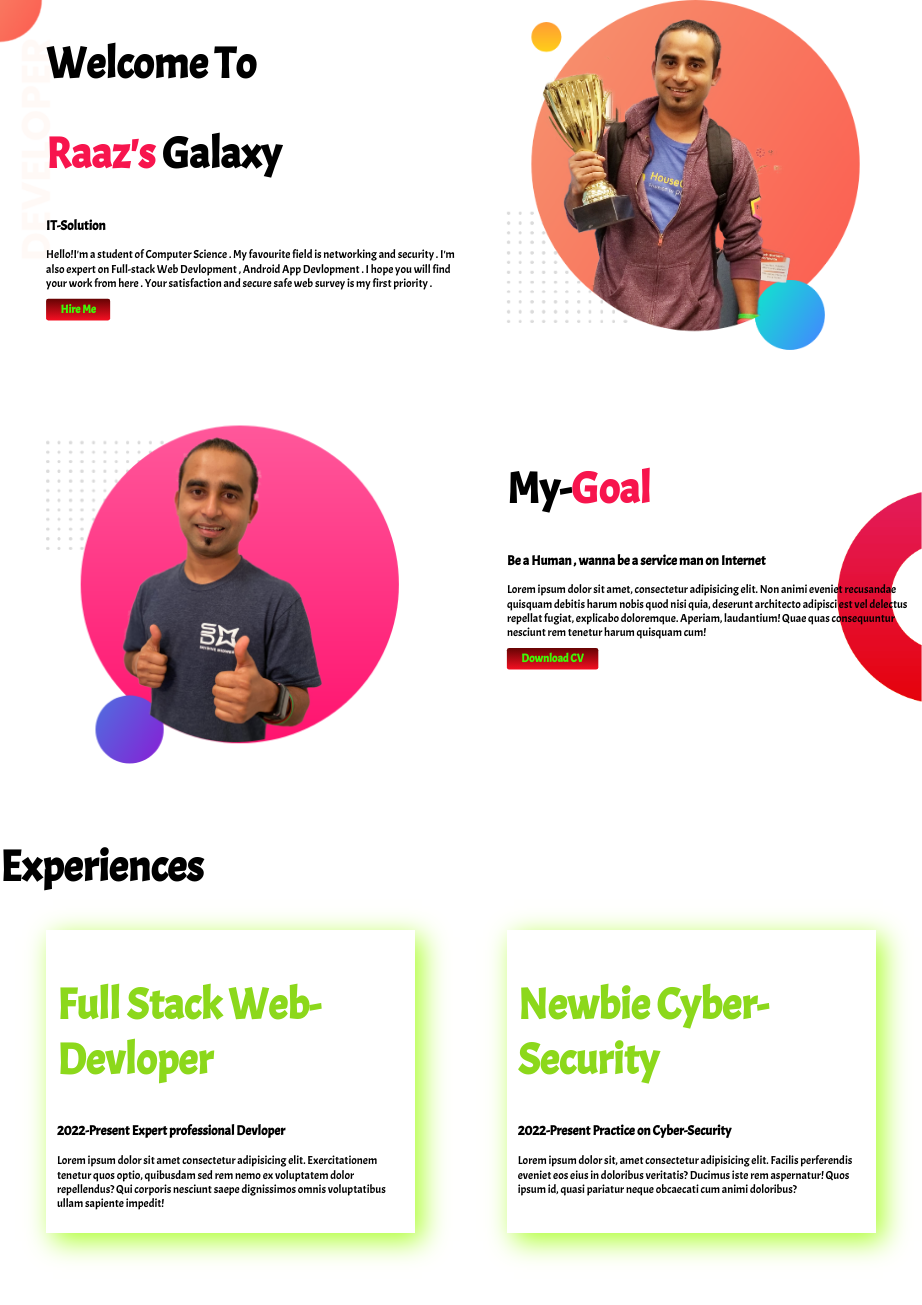
Repository: ramizraaz/my-portfolio
Page: about.html
An editor plug-in stored every save of this project. The page is shown before and after the next save, followed by the edit.
The browser window is 1280 px wide. The pictures show the whole page, at 72% of full size.

Above is the page before, as saved 2022-01-18 16:05:47.

### about.html
<!DOCTYPE html>
<html lang="en">

<head>
    <meta charset="UTF-8">
    <meta http-equiv="X-UA-Compatible" content="IE=edge">
    <meta name="viewport" content="width=device-width, initial-scale=1.0">
    <title>Raaz Portfolio</title>
    <link rel="preconnect" href="https://fonts.googleapis.com">
    <link rel="preconnect" href="https://fonts.gstatic.com" crossorigin>
    <link href="https://fonts.googleapis.com/css2?family=Acme&family=Lobster&family=Permanent+Marker&display=swap" rel="stylesheet">
    <link rel="stylesheet" href="design.css">
</head>

<body>
    <section class="top flex-container">
        <div class="content">
            <h1>Welcome To</h1>
            <h1><span> Raaz's </span>Galaxy</h1>
            <h3>IT-Solution</h3>
            <p>Hello!I'm a student of Computer Science . My favourite field is networking and security . I'm also expert on Full-stack Web Devlopment , Android App Devlopment . I hope you will find your work from here . Your satisfaction and secure safe
                web survey is my first priority .</p>
            <a class="link-button" href="" target="_blank">Hire Me</a>
        </div>
        <div class="content">
            <img src="images/jhankar.png" alt="Personal Profile">
        </div>
    </section>
    <section class="middle flex-container">
        <div class="content">
            <img src="images/jhankar2.png" alt="Personal Profile">
        </div>
        <div class="content">
            <h1>My-<span id="middHeadder">Goal</span></h1>
            <h3>Be a Human , wanna be a service man on Internet</h3>
            <p>Lorem ipsum dolor sit amet, consectetur adipisicing elit. Non animi eveniet recusandae quisquam debitis harum nobis quod nisi quia, deserunt architecto adipisci est vel delectus repellat fugiat, explicabo doloremque. Aperiam, laudantium! Quae
                quas consequuntur nesciunt rem tenetur harum quisquam cum!</p>
            <a class="link-button" href="" target="_blank">Download CV</a>
        </div>
    </section>
    <section class="bottom">
        <h1>Experiences</h1>
        <div class="flex-container">
            <div class="exp-items">
                <h1 class="ex-h-color">Full Stack Web-Devloper</h1>
                <h3>2022-Present Expert professional Devloper</h3>
                <p>Lorem ipsum dolor sit amet consectetur adipisicing elit. Exercitationem tenetur quos optio, quibusdam sed rem nemo ex voluptatem dolor repellendus? Qui corporis nesciunt saepe dignissimos omnis voluptatibus ullam sapiente impedit!</p>
            </div>
            <div class="exp-items">
                <h1 class="ex-h-color">Newbie Cyber-Security </h1>
                <h3>2022-Present Practice on Cyber-Security</h3>
                <p>Lorem ipsum dolor sit, amet consectetur adipisicing elit. Facilis perferendis eveniet eos eius in doloribus veritatis? Ducimus iste rem aspernatur! Quos ipsum id, quasi pariatur neque obcaecati cum animi doloribus?</p>
            </div>
        </div>
    </section>
</body>

</html>

### design.css
body {
    font-family: 'Acme', sans-serif;
    margin: 0;
}

h1 {
    font-size: 60px;
}

span {
    color: rgb(247, 21, 77);
}

.flex-container {
    display: flex;
    /* Using this attribute for show photo and content flexible left right part */
    margin-bottom: 100px;
}

.content {
    width: 50%;
    /*to make 2 div 50//50 size*/
    padding-left: 5%;
}

.content img {
    width: 85%;
    /*adjusting image*/
}

.link-button {
    text-decoration: none;
    background-image: linear-gradient(rgb(102, 3, 3), #f50f22);
    padding: 5px 20px;
    border-radius: 3px;
    font-weight: 800;
    color: rgb(63, 247, 7);
}

.top {
    background-image: url(images/top-banner.png);
    background-repeat: no-repeat;
}

.middle {
    background-image: url(images/dream-bg.png);
    background-repeat: no-repeat;
    background-position: right;
}

.middHeadder {
    color: crimson;
}

.ex-h-color {
    color: rgb(140, 216, 27);
}

.exp-items {
    width: 40%;
    margin-left: 5%;
    margin-right: 5%;
    padding: 15px;
    box-shadow: 10px 10px 35px greenyellow;
}

After the next save:
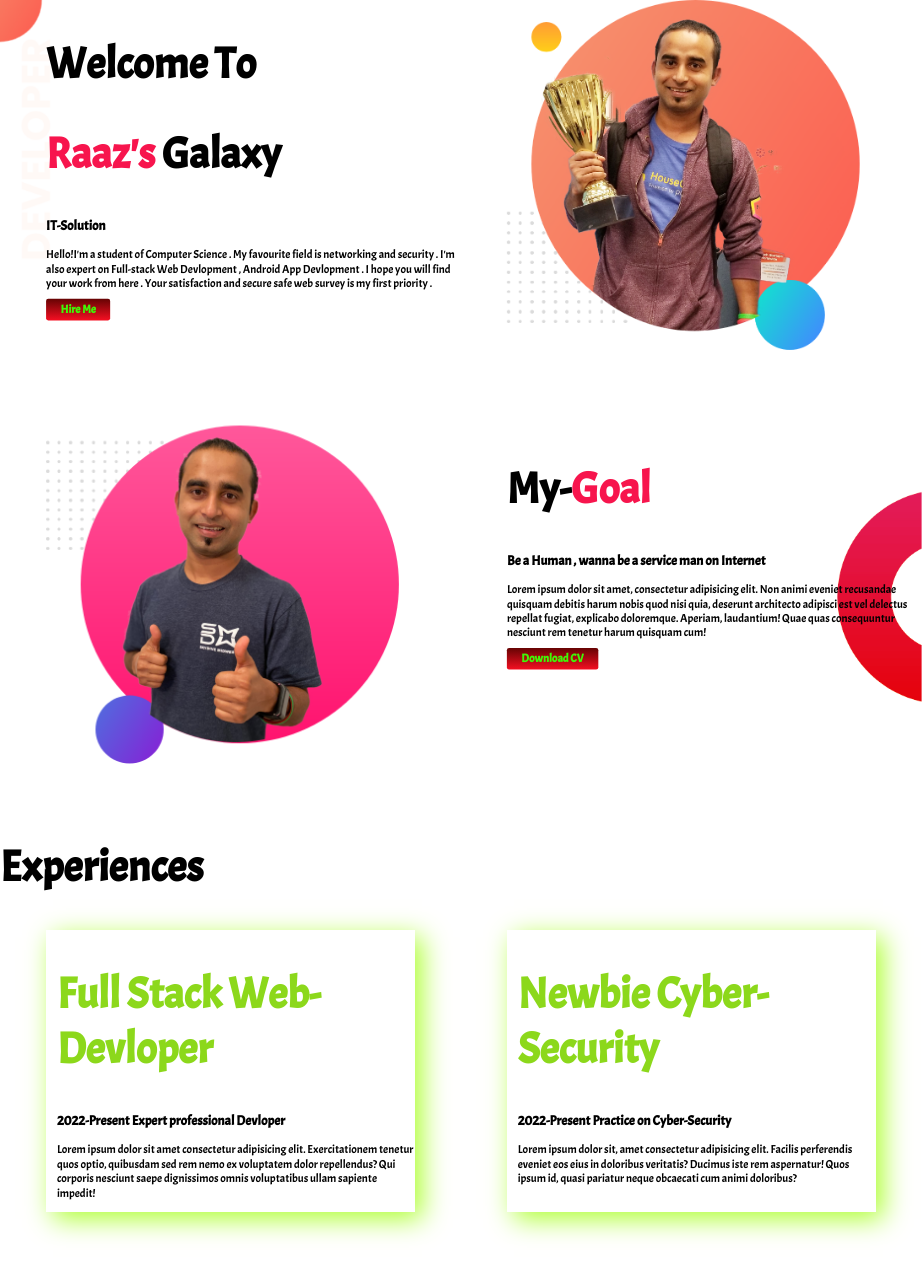
Saved 12 s later.
--- a/design.css
+++ b/design.css
@@ -60,6 +60,6 @@ span {
     width: 40%;
     margin-left: 5%;
     margin-right: 5%;
-    padding: 15px;
+    padding-left: 15px;
     box-shadow: 10px 10px 35px greenyellow;
 }
